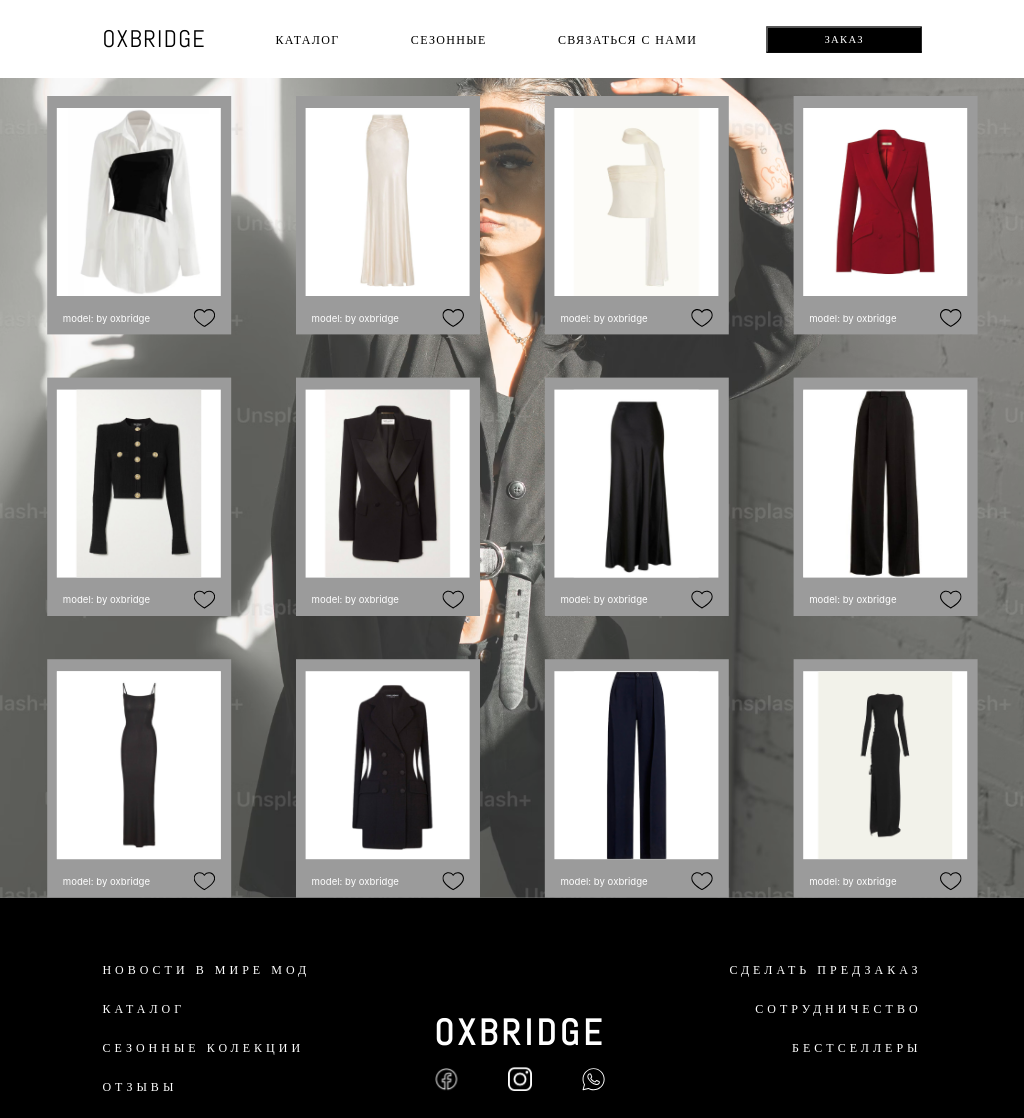
Repository: marjango/oxbridge
Page: /Catalog
An editor plug-in stored every save of this project. The page is shown before and after the next save, followed by the edit.
The browser window is 1280 px wide. The pictures show the whole page, at 80% of full size.
Some web fonts or font styles are not loaded; a fallback is used. The project was rebuilt for these pictures with package versions that can differ from the ones it lists, and the page was loaded fresh each time. Also part of the build but not shown: src/components/pages/Homepage/homepage.css, src/components/pages/Homepage/homepage.jsx, src/components/pages/Seasonal/style.module.css, src/components/pages/Seasonal/Seasonal.jsx, src/components/pages/Feedback/style.module.css, src/components/pages/Feedback/Feedback.jsx, src/components/pages/Catalog/ProductPage.module.css, src/components/pages/Catalog/ProductPage.jsx.

Above is the page before, as saved 2025-01-24 13:38:59.

### src/index.js
import React from 'react';
import ReactDOM from 'react-dom/client';
import {BrowserRouter} from 'react-router-dom'
import App from './App'; // Главный компонент приложения

const root = ReactDOM.createRoot(document.getElementById('root')); // Связываем React с корневым элементом в HTML
root.render(
  <BrowserRouter>
  <App />
  </BrowserRouter>


);

### src/components/Header.jsx
import React from 'react'
import  './style.css'
import { useState } from 'react';
import {Link} from 'react-router-dom'

export default function Header() {
    const [isMenuOpen, setIsMenuOpen] = useState(false);

    const toggleMenu = () => {
        setIsMenuOpen((prevState) => !prevState);
    };
  return (
    <div>
        <header>
            <nav className='navbar'>
                <div className="container">
                <div className="burger">
                    <div className={`btnBurger ${isMenuOpen ? "open" : ""}`} onClick={toggleMenu}>
                        <span></span>
                        <span></span>
                        <span></span>
                    </div>
                    <div className={`burgerContent ${isMenuOpen ? "open" : ""}`}>
                        <ul>
                            <li>новости в мире мод</li>
                            <li>каталог</li>
                            <li>сезонные колекции</li>
                            <li>отзывы</li>
                            <li>СВЯЗАТЬСЯ С НАМИ</li>
                            <li>СЕЗОННЫЕ</li>
                        </ul>
                    </div>
                </div>

                <Link to='/' className='logo'>OXBRIDGE</Link>
                <ul>
                    <Link className='links' to='/Catalog'>КАТАЛОГ</Link>
                    <Link className='links' to='/Seasonal'>СЕЗОННЫЕ</Link>
                    <Link className='links' to='/Feedback'>СВЯЗАТЬСЯ С НАМИ</Link>
                </ul>
                <button className="navBtn">ЗАКАЗ</button>
                </div>
            </nav>

        </header>
    </div>
  )
}

### src/components/Footer.jsx
import React from 'react'
import './style.css'
import facebook from './img/Facebook.svg'
import inst from './img/Instagram.svg'
import whats from './img/WhatsApp.svg'

export default function Footer() {
  return (
    <footer>
        <div className="footerBox container">
            <div className="links">
                <p>новости в мире мод</p>
                <p>каталог</p>
                <p>сезонные колекции</p>
                <p>отзывы</p>
            </div>
            <div className="socialMedia">
                <h1>OXBRIDGE</h1>
                <div>
                <button><img src={facebook} alt="whatsapp" /></button>
                <button><img src={inst} alt="instagram" /></button>
                <button><img src={whats} alt="facebook" /></button>
                </div>
            </div>
            <div className="links links2">
                <p>сделать предзаказ</p>
                <p>сотрудничество</p>
                <p>бестселлеры</p>
            </div>
        </div>
    </footer>
  )
}

### src/components/Routes.jsx
import React from 'react'
import { Routes, Route, Navigate} from 'react-router-dom'
import Homepage from './pages/Homepage/homepage'
import Catalog from './pages/Catalog/catalog'
import Seasonal from './pages/Seasonal/Seasonal'
import Feedback from './pages/Feedback/Feedback'
import ProductPage from './pages/Catalog/ProductPage';
export default function Routers() {
  return (
        <Routes>
            <Route element={<Navigate to="/home" replace />}/>
            <Route path='/' element={<Homepage/>} />
            <Route path='/Catalog' element={<Catalog/>} />
            <Route path='/Feedback' element={<Feedback/>} />
            <Route path='/Seasonal' element={<Seasonal/>} />
            <Route path="/product/:id" element={<ProductPage />} />
            {/* <Route path='/Order' element={<Order/>} /> */}
        </Routes>
)
}

### src/components/style.css
@charset "UTF-8";
html, body {
  overflow-x: hidden;
  width: 100%;
}

* {
  font-family: "montserrat";
  font-weight: 400;
  margin: 0;
  padding: 0;
  box-sizing: border-box;
}

.container {
  width: 80%;
}

.burger {
  display: none;
}

@media (max-width: 1024px) {
  .burger {
    display: block;
  }
}
.btnBurger {
  z-index: 100;
  display: none;
  width: 50px;
  height: 50px;
  background-color: black;
  position: relative;
}
.btnBurger span {
  height: 2px;
  width: 40px;
  position: absolute;
  background-color: white;
  transition: 0.4s;
}
.btnBurger span:nth-child(3) {
  bottom: 7px;
}
.btnBurger span:nth-child(2) {
  top: 7px;
}
.btnBurger span:nth-child(1) {
  top: 50%;
  transform: translate(0, -50%);
  right: 0;
}

.burgerContent {
  position: fixed;
  top: 0;
  left: 0;
  width: 100%;
  border-top: 1px solid white;
  height: 100%;
  background-color: black;
  transform: translateY(100%);
  transition: transform 1s ease;
  display: flex;
  justify-content: center;
  align-items: center;
}
.burgerContent ul {
  list-style: none;
  padding: 0;
  text-align: center;
}
.burgerContent ul li {
  margin: 10px 0;
  font-size: 1.5rem;
  cursor: pointer;
}

.burgerContent.open {
  transform: translateY(0);
}

.btnBurger.open span:nth-child(1) {
  transform: rotate(45deg) translate(0px, 8px);
}

.btnBurger.open span:nth-child(2) {
  opacity: 0;
}

.btnBurger.open span:nth-child(3) {
  transform: rotate(-45deg) translate(9px, -5px);
}

@media (max-width: 1024px) {
  .container {
    width: 90%;
  }
  .btnBurger {
    display: block;
  }
}
#loading-screen {
  position: fixed;
  z-index: 1000;
  left: 0;
  top: 0;
  width: 100vw;
  height: 100vh;
  border-bottom: 1px white solid;
  display: flex;
  justify-content: center;
  align-items: center;
  background-color: rgb(0, 0, 0);
  animation: slideUp 1s ease-in-out 1.3s forwards; /* Анимация уходит вверх */
}

#loading-screen h1 {
  color: white;
  font-family: "Abel", sans-serif;
  font-size: 70px;
  letter-spacing: 10px;
  font-weight: 900;
}

@keyframes slideUp {
  0% {
    transform: translateY(0);
  }
  100% {
    transform: translateY(-100%);
  }
}
@keyframes fadeOut {
  0% {
    opacity: 1;
  }
  100% {
    opacity: 0;
  }
}
@keyframes fadeIn {
  0% {
    opacity: 0;
  }
  100% {
    opacity: 1;
    visibility: visible;
  }
}
header .navbar {
  position: fixed;
  width: 100%;
  background-color: white;
  top: 0;
  padding: 30px 0px;
  z-index: 100;
}
header .navbar .container {
  display: flex;
  justify-content: space-between;
  align-items: center;
  letter-spacing: 1.67px;
  margin: 0 auto;
}
header .navbar .container .logo {
  font-family: "abel";
  font-weight: 400;
  font-size: 30px;
  letter-spacing: 1.67px;
  text-decoration: none;
  color: black;
}
header .navbar .container ul {
  display: flex;
  list-style: none;
  gap: 89px;
  font-size: 15px;
  height: -moz-fit-content;
  height: fit-content;
  letter-spacing: 1.67px;
}
header .navbar .container ul .links {
  text-decoration: none;
  color: black;
  cursor: pointer;
}
@media (max-width: 1024px) {
  header .navbar .container ul {
    display: none;
  }
}
header .navbar .container button {
  background-color: black;
  color: white;
  padding: 6px 70px;
  cursor: pointer;
  letter-spacing: 1.67px;
}

footer {
  width: 100%;
  background-color: black;
  padding: 30px 0;
}
footer .footerBox {
  display: flex;
  margin: 0px auto;
  padding-top: 50px;
  justify-content: space-between;
}
footer .footerBox .links {
  text-transform: uppercase;
  color: white;
  letter-spacing: 5px;
  display: flex;
  flex-direction: column;
  gap: 30px;
  font-size: 15px;
}
footer .footerBox .socialMedia {
  margin-top: 60px;
}
footer .footerBox .socialMedia h1 {
  font-family: "abel";
  font-weight: 900;
  color: white;
  font-size: 45px;
  letter-spacing: 5px;
}
footer .footerBox .socialMedia div {
  display: flex;
  justify-content: space-between;
  margin-top: 15px;
}
footer .footerBox .socialMedia div button {
  background-color: transparent;
  border: none;
}
footer .footerBox .socialMedia div button img {
  width: 30px;
  height: 30px;
}
footer .footerBox .links2 {
  text-align: right;
}

@media (max-width: 768px) {
  footer .footerBox {
    flex-direction: column;
    position: relative;
    align-items: center;
    text-align: center;
    padding-top: 250px;
    gap: 30px;
  }
  footer .footerBox .socialMedia {
    position: absolute;
    top: 30px;
    left: 50%;
    transform: translate(-50%, -50%);
  }
  footer .footerBox .socialMedia h1 {
    font-size: 75px;
    font-weight: 400;
  }
  footer .footerBox .socialMedia div button {
    width: 50px;
    height: 50px;
  }
  footer .footerBox .socialMedia div button img {
    width: 50px;
    height: 50px;
  }
  footer .footerBox .links {
    text-align: center;
  }
}/*# sourceMappingURL=style_20250114202749.css.map */

### src/components/pages/Catalog/catalog.jsx
import s from './catalog.module.css';
import React from 'react';
import { useNavigate } from 'react-router-dom';
import products from './products';

const Catalog = () => {
  const navigate = useNavigate();

  const handleCardClick = (id) => {
    navigate(`/product/${id}`);
  };

  return (
    <section className={s.catalog}>
      <div className={s.catalogContainer}>
        {products.map((product) => (
          <article className={s.card} key={product.id} onClick={() => handleCardClick(product.id)}>
            <div className={s.cardImg}>
              <img src={product.image} alt={`${product.name}`} />
            </div>
            <div className={s.cardFooter}>
              <h1>{product.name}</h1>
              <span className={s.heartIcon}></span>
            </div>
          </article>
        ))}
      </div>
    </section>
  );
};

export default Catalog;

### src/components/pages/Catalog/catalog.module.css
.catalog {
  width: 100%;
  min-height: 100vh;
  margin: 0 auto;
  position: relative;
  padding-top: 120px;
}
.catalog .catalogContainer {
  position: relative;
  z-index: 2;
  width: -moz-fit-content;
  width: fit-content;
  display: grid;
  grid-template-columns: repeat(4, 1fr);
  -moz-column-gap: 81px;
       column-gap: 81px;
  row-gap: 54px;
  margin: 0 auto;
}
.catalog .catalogContainer .card {
  width: 230px;
  height: auto;
  display: flex;
  flex-direction: column;
  align-items: center;
  gap: 14px;
  background-color: #9B9B9B;
  transition: transform 0.2s ease, box-shadow 0.2s ease;
  padding: 15px 0 7px 0;
}
.catalog .catalogContainer .card .cardImg {
  width: 205px;
  height: 235px;
  overflow: hidden;
  background-color: white;
}
.catalog .catalogContainer .card .cardImg img {
  -o-object-fit: cover;
     object-fit: cover;
  -o-object-position: center;
     object-position: center;
  width: 100%;
  height: 100%;
}
.catalog .catalogContainer .card .cardFooter {
  display: flex;
  justify-content: space-between;
  align-items: center;
  width: 190px;
}
.catalog .catalogContainer .card h1 {
  font-family: "Inter";
  font-size: 12px;
  text-transform: lowercase;
  color: white;
}
.catalog .catalogContainer .card .heartIcon {
  width: 27px;
  height: 27px;
  background-image: url(./img/heart.svg);
  background-size: contain;
  background-repeat: no-repeat;
  background-color: transparent;
}
.catalog .catalogContainer .card .heartIcon:hover {
  transform: scale(1.3);
}
.catalog .catalogContainer .card:hover {
  transform: scale(1.05);
  box-shadow: 0 4px 10px rgba(0, 0, 0, 0.2);
}

.catalog::before {
  content: "";
  position: absolute;
  top: 0;
  left: 0;
  width: 100%;
  height: 100%;
  background: url(./img/wall.avif) no-repeat center;
  background-size: cover;
  z-index: 1;
  opacity: 0.8;
}/*# sourceMappingURL=catalog.module_20250124133859.css.map */

### src/components/pages/Catalog/products.js
import img1 from './img/1.png'
import img2 from './img/2.png'
import img3 from './img/3.png'
import img4 from './img/4.png'
import img5 from './img/5.png'
import img6 from './img/6.png'
import img7 from './img/7.png'
import img8 from './img/8.png'
import img9 from './img/9.png'
import img10 from './img/10.png'
import img11 from './img/11.png'
import img12 from './img/12.png'

const products = [
  {
    id: 1,
    price: 30000,
    name: "model: by oxbridge",
    image: img1,
    material: "креп",
  },
  {
    id: 2,
    price: 30000,
    name: "model: by oxbridge",
    image: img2,
    material: "шелк",
  },
  {
    id: 3,
    price: 30000,
    name: "model: by oxbridge",
    image: img3,
    material: "креп",
  },
  {
    id: 4,
    price: 30000,
    name: "model: by oxbridge",
    image: img4,
    material: "креп",
  },
  {
    id: 5,
    price: 30000,
    name: "model: by oxbridge",
    image: img5,
    material: "креп",
  },
  {
    id: 6,
    price: 30000,
    name: "model: by oxbridge",
    image: img6,
    material: "креп",
  },
  {
    id: 7,
    price: 30000,
    name: "model: by oxbridge",
    image: img7,
    material: "креп",
  },
  {
    id: 8,
    price: 30000,
    name: "model: by oxbridge",
    image: img8,
    material: "креп",
  },
  {
    id: 9,
    price: 30000,
    name: "model: by oxbridge",
    image: img9,
    material: "креп",
  },
  {
    id: 10,
    price: 30000,
    name: "model: by oxbridge",
    image: img10,
    material: "креп",
  },
  {
    id: 11,
    price: 30000,
    name: "model: by oxbridge",
    image: img11,
    material: "креп",
  },
  {
    id: 12,
    price: 30000,
    name: "model: by oxbridge",
    image: img12,
    material: "креп",
  }
  ];

  export default products;

Loaded but not shown: public/index.html (common file); src/App.js (common file)

After the next save:
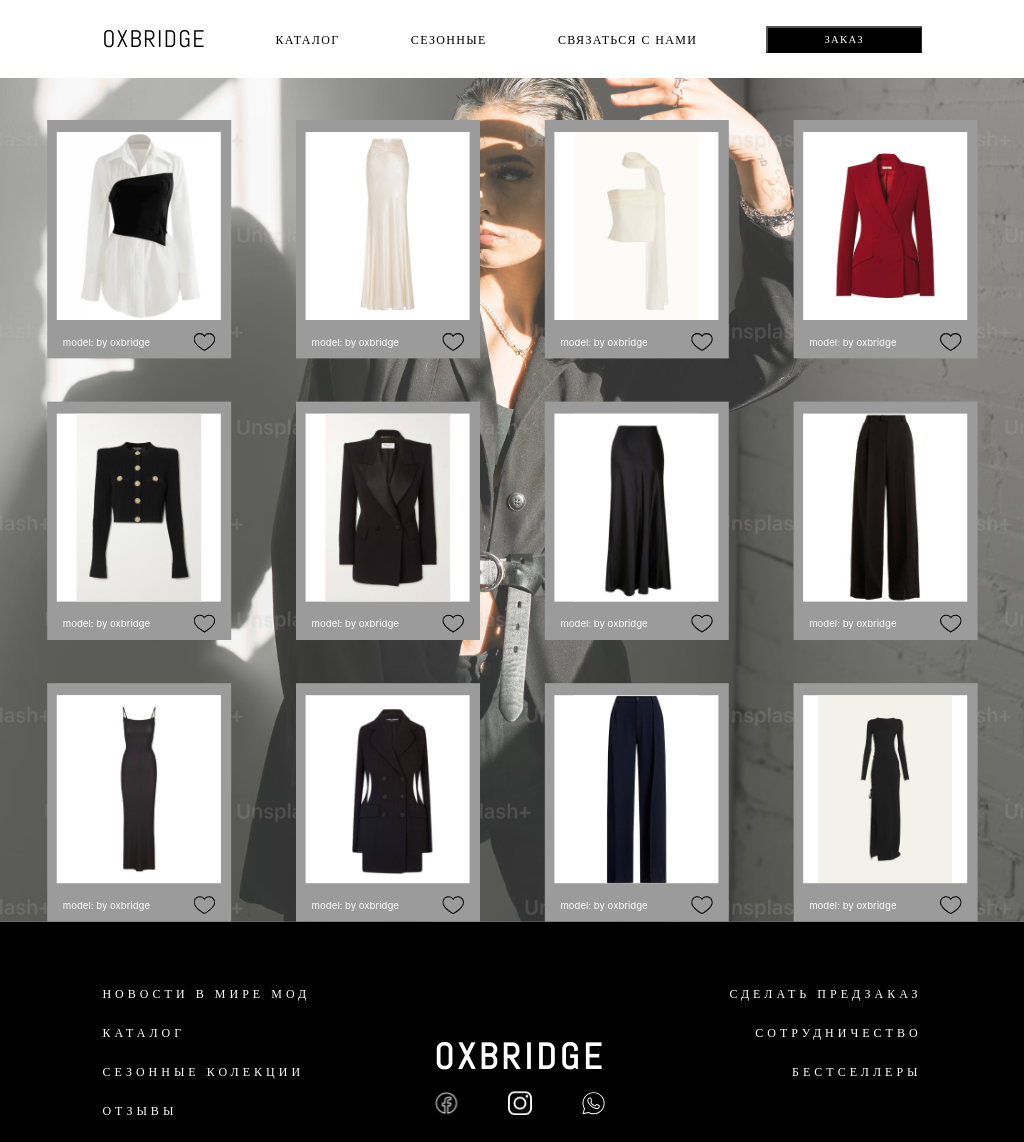
Saved 5 s later.
--- a/src/components/pages/Catalog/catalog.module.css
+++ b/src/components/pages/Catalog/catalog.module.css
@@ -3,7 +3,7 @@
   min-height: 100vh;
   margin: 0 auto;
   position: relative;
-  padding-top: 120px;
+  padding-top: 150px;
 }
 .catalog .catalogContainer {
   position: relative;
@@ -81,4 +81,4 @@
   background-size: cover;
   z-index: 1;
   opacity: 0.8;
-}/*# sourceMappingURL=catalog.module_20250124133859.css.map */
+}/*# sourceMappingURL=catalog.module_20250124133904.css.map */
